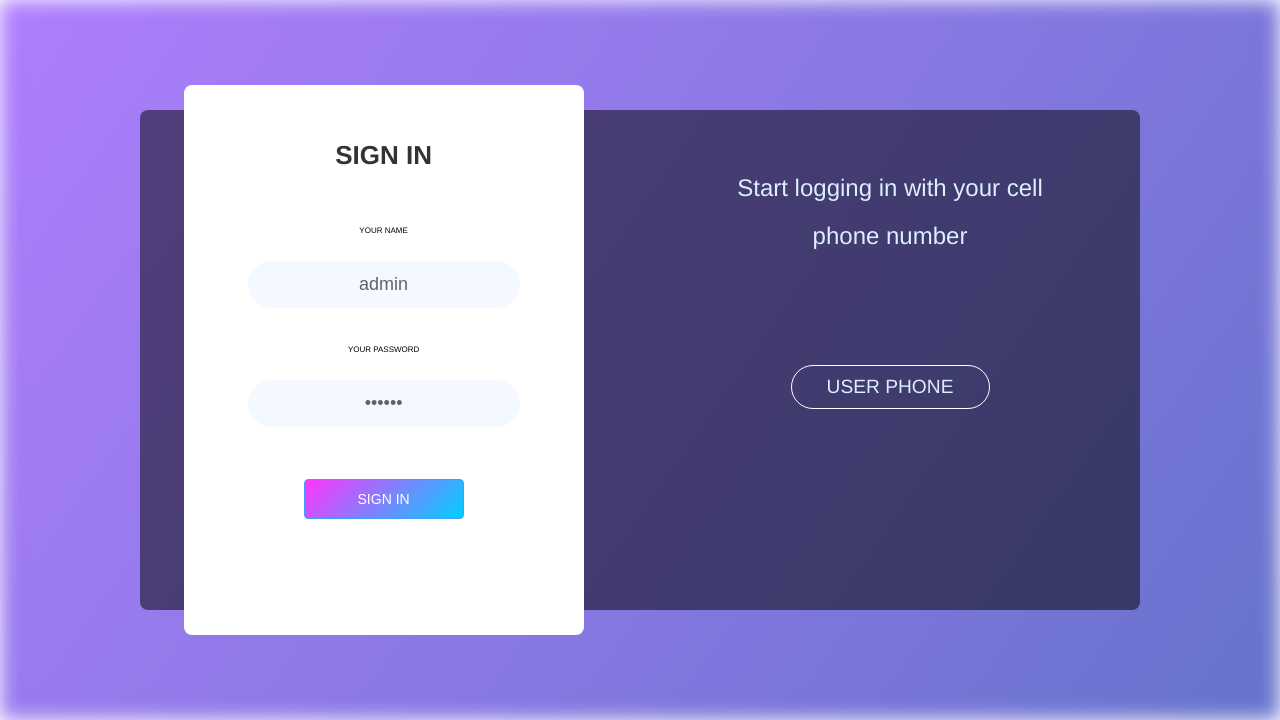
Repository: chunkpig/vue-admin
Page: /
These files come from the project's save history. The page is drawn as it stood at one moment and after the next save; the edit follows.
The browser window is 1280 px wide. The pictures show the whole page.
The project was rebuilt for these pictures with package versions that can differ from the ones it lists, and the page was loaded fresh each time. Also part of the build but not shown: vue.config.js.

Above is the page before, as saved 2020-12-07 10:37:22.

### public/index.html
<!DOCTYPE html>
<html lang="en">
  <head>
    <meta charset="utf-8">
    <meta http-equiv="X-UA-Compatible" content="IE=edge">
    <meta name="renderer" content="webkit">
    <meta name="viewport" content="width=device-width, initial-scale=1, maximum-scale=1, user-scalable=no">
    <link rel="icon" href="<%= BASE_URL %>favicon.ico">
    <title><%= webpackConfig.name %></title>
  </head>
  <body>
    <div id="app"></div>
  </body>
</html>

### src/main.js
import Vue from "vue";
import App from "./App.vue";
import router from "./router";
import store from "./store";

import Element from 'element-ui'
import 'element-ui/lib/theme-chalk/index.css';
import '@/styles/index.scss'
import './icons'
Vue.config.productionTip = false;
Vue.use(Element)
// Vue.use(Element, {
//   size: Cookies.get('size') || 'medium', // set element-ui default size
//   locale: enLang // 如果使用中文，无需设置，请删除
// })
new Vue({
  router,
  store,
  render: h => h(App)
}).$mount("#app");

### src/router/index.js
import Vue from "vue";
import VueRouter from "vue-router";
import Login from '../views/login/index.vue'
Vue.use(VueRouter);

const routes = [
  {
    path: "/",
    name: "Login",
    component: Login
  },
];

const router = new VueRouter({
  routes
});

export default router;

### src/styles/index.scss
body {
    height: 100%;
    margin: 0;
    -moz-osx-font-smoothing: grayscale;
    -webkit-font-smoothing: antialiased;
    text-rendering: optimizeLegibility;
    font-family: Helvetica Neue, Helvetica, PingFang SC, Hiragino Sans GB, Microsoft YaHei, Arial, sans-serif;
}

html {
    height: 100%;
    box-sizing: border-box;
}

#app {
    height: 100%;
}

### src/icons/index.js
import Vue from 'vue'
import SvgIcon from '@/components/SvgIcon'// svg component

// register globally
Vue.component('svg-icon', SvgIcon)

const req = require.context('./svg', false, /\.svg$/)
const requireAll = requireContext => requireContext.keys().map(requireContext)
requireAll(req)

### src/views/login/index.vue
<!--  -->
<template>
<div id='Login'>
    <div class="login-bg"></div>
    <div class="login-conbg" :class="animconbgShow?'leftanimconbg':'rightanimconbg'">
        <sing-up v-show="!animconbgShow" class='sign-conbg' :class="animconbgShow?'animsign':''" />
        <user-phont v-show="animconbgShow" class='sign-conbg' :class="animconbgShow?'':'animsign'" />
    </div>
    <div class="login-container">
        <!-- <transition name="animcontainer"> -->
        <div class="container" :class="animconbgShow?'':'animcontainer'">
                <p class="p-container">Log in with your account password</p>
                <div class="button-container" @click="animconbgShow =!animconbgShow">
                    SIGN IN
                </div>

        </div>
         <!-- </transition> -->
         <!-- <transition name="animcontainer"> -->
        <div class="container" :class="animconbgShow?'animcontainer':''" >
                <p class="p-container">Start logging in with your cell phone number</p>
                <div class="button-container" @click="animconbgShow =!animconbgShow">
                    USER PHONE
                </div>

        </div>
        <!-- </transition> -->
    </div>

</div>
</template>

<script>
//这里可以导入其他文件（比如：组件，工具js，第三方插件js，json文件，图片文件等等）
//例如：import 《组件名称》 from '《组件路径》';
import SingUp from './components/singup'
import UserPhont from './components/UserPhont'
export default {
//name放入模板名,方便在其他地方引用
name: '',
//import引入的组件需要注入到对象中才能使用
components: {SingUp,UserPhont},
data() {
//这里存放数据
return {
    animconbgShow:false
};
},
//监听属性 类似于data概念
computed: {

},
//生命周期 - 创建完成（可以访问当前this实例）
created() {

},
//生命周期 - 挂载完成（可以访问DOM元素）
mounted() {

},
//方法集合
methods: {

},
//监控data中的数据变化
watch: {

},
//如果页面有keep-alive缓存功能，这个函数会触发
activated() {

},
}
</script>
<style lang="scss" scoped>
$bg:rgba(0,0,0,0.5);
$conbg:rgba(255,255,255,1);
$clortext:#def;
$cursor: #333;
#Login{
    position: relative;
    width: 100%;
    height: 100%;
    overflow: hidden;
    .login-bg{
        width: 100%;
        height: 100%;
        background: linear-gradient(125deg, #AE7DFD, #6673cc);
        filter: blur(10px);
        z-index: -1;
    }
    .login-conbg{
        position: absolute;
        top: 50%;
        left: 37%;
        width: 400px;
        height: 550px;
        // max-width: 25%;
        // max-height: 70%;
        display: flex;
        align-items: center;
        justify-content: center;
        transform: translate(-50%,-50%);
        background: $conbg;
        backdrop-filter: blur(10px);
        border-radius: 8px;
        z-index: 1;
        transition:transform 1s ease-out;
        overflow: hidden;
        .sign-conbg{
            transition: opacity 1s ease-in-out;
        }
        .animsign{
            opacity: 0;
        }

    }
    .login-container{
        position: absolute;
        top: 50%;
        left: 50%;
        transform: translate(-50%,-50%);
        width: 1000px;
        height: 500px;
        // max-width: 55%;
        // max-height: 55%;
        display: flex;
        justify-content: space-around;
        // align-items: center;
        background: $bg;
        border-radius: 8px;
        z-index: 0;
        .container{
            width:350px;
            max-width: 45%;
            padding: 30px;
            color: $clortext;
            overflow: hidden;
            // opacity: 1;
            transition: opacity 1s ease-out;
            .p-container{
                font-size: 1.5rem;
                text-align: center;
                line-height: 3rem;
                // padding: 0 10px;
            }
            .button-container{
                width: 42%;
                margin: 30% auto 0;
                padding: 10px 25px;
                text-align: center;
                border-radius: 30px;
                font-size: 1.2rem;
                border: 1px solid #fff;
                // border-image: linear-gradient(#00CFFF, #FF34FA) 20 20;
                cursor: pointer;
            }
        }
        .animcontainer{
            opacity: 0;
        }
    }
    .leftanimconbg{
         transform: translate(250px,-50%);
    }
    .rightanimconbg{
         transform: translate(-290px,-50%);
    }
   .animcontainer-enter-active, .animcontainer-leave-active {
        // opacity: 1;
        // transition: opacity 1s;
         transition:opacity 3s ease-out;
    }
    .animcontainer-enter, .animcontainer-leave-to /* .fade-leave-active below version 2.1.8 */ {

        // transition: all 1s;
         opacity: 0;
    }
}
</style>

### src/components/SvgIcon/index.vue
<template>
  <svg :class="svgClass" aria-hidden="true" v-on="$listeners">
    <use :xlink:href="iconName" />
  </svg>
</template>

<script>
export default {
  name: 'SvgIcon',
  props: {
    iconClass: {
      type: String,
      required: true
    },
    className: {
      type: String,
      default: ''
    }
  },
  computed: {
    iconName() {
      return `#icon-${this.iconClass}`
    },
    svgClass() {
      if (this.className) {
        return 'svg-icon ' + this.className
      } else {
        return 'svg-icon'
      }
    }
  }
}
</script>

<style scoped>
.svg-icon {
  width: 1em;
  height: 1em;
  vertical-align: -0.15em;
  fill: currentColor;
  overflow: hidden;
}

.svg-external-icon {
  background-color: currentColor;
  mask-size: cover!important;
  display: inline-block;
}
</style>

### src/views/login/components/singup.vue
<template>
        <el-form ref="loginForm" :model="loginForm" :rules="loginRules" class="login-account" autocomplete="on" label-position="left">
            <div class="title-account">
                <h3 class="title">SIGN IN</h3>
            </div>
            <el-form-item prop="username" class="form-elitem">
                <span class="form-span">YOUR NAME</span>
                <el-input
                    ref="username"
                    v-model="loginForm.username"
                    placeholder="Username"
                    name="username"
                    type="text"
                    tabindex="1"
                    size='mini'
                    autocomplete="on"
                />
            </el-form-item>
            <el-form-item prop="password" class="form-elitem">
                 <span class="form-span">YOUR PASSWORD</span>
                <el-input
                    :key="passwordType"
                    ref="password"
                    v-model="loginForm.password"
                    :type="passwordType"
                    placeholder="Password"
                    name="password"
                    tabindex="2"
                    autocomplete="on"
                    @keyup.enter.native="handleLogin"
                />
                <span class="show-pwd" @click="showPwd">
                    <svg-icon :icon-class="passwordType === 'password' ? 'eye' : 'eye-open'" />
                </span>
            </el-form-item>
            <el-button :loading="loading" type="primary" class="form-buttom"  @click.native.prevent="handleLogin">SIGN IN</el-button>
        </el-form>
</template>
<script>
export default {
    data(){
        return {
            loginForm:{
                username: "admin",
                password: '111111'
            },
            loginRules: {
                // username: [ { required: true, trigger: 'blur', validator: validateUsername }],
                // password: [{ required: true, trigger: 'blur', validator: validatePassword }]
            },
            passwordType: 'password',
            loading: false,
        }
    },
    methods:{
        showPwd(){
            if (this.passwordType === 'password') {
                this.passwordType = ''
            } else {
                this.passwordType = 'password'
            }
            this.$nextTick(() => {
                this.$refs.password.focus()
            })
        },
        handleLogin(){

        }
    }

}
</script>
<style lang="scss" scoped>
$light_gray:#333;
$dark_gray:#889aa4;
.login-account{
        width: 80%;
        max-width: 100%;
        height: 80%;
        display: flex;
        flex-direction: column;
        align-items: center;
        box-sizing: border-box;
        overflow: hidden;
        .title-account {
            position: relative;
            .title {
                font-size: 26px;
                color: $light_gray;
                margin: 0px auto 40px auto;
                text-align: center;
                font-weight: bold;
            }
        }
        .show-pwd {
            position: absolute;
            right: 10px;
            top: 55px;
            font-size: 16px;
            color: $dark_gray;
            cursor: pointer;
            user-select: none;
        }
        .form-span{
            display: inherit;
            font-size: 0.5rem;
            text-align: center;
            margin: 0 auto 10px;
        }
        .form-buttom{
            width:50%;
            margin:30px auto;
            background: linear-gradient(-45deg,#00CFFF,#FF34FA);
            &:hover{
                background: linear-gradient(45deg,#00CFFF,#FF34FA);
            }
        }

}
</style>
<style lang="scss">
.login-account{
    .form-elitem{
        width: 85%;
        .el-input__inner{
            background: #F4F9FF;
            width: 100%;
            height: 47px;
            font-size: 18px;
            border-radius: 30px;
            padding: 12px 0px;
            text-align: center;
                // background: transparent;
                border: unset;
        }
        .el-input.is-active .el-input__inner, .el-input__inner:focus{
            background: #fff;
            box-shadow: 0 0 4px #345;
        }

    }
}
</style>

### src/views/login/components/UserPhont.vue
<template>
        <el-form ref="loginForm" :model="loginForm" :rules="loginRules" class="login-userphont" autocomplete="on" label-position="left">
            <div class="title-account">
                <h3 class="title">USER PHONE</h3>
            </div>
            <el-form-item prop="username" class="form-elitem">
                <span class="form-span">YOUR PHONE</span>
                <el-input
                    ref="username"
                    v-model="loginForm.userphone"
                    placeholder="UserPhone"
                    name="phone"
                    type="text"
                    tabindex="1"
                    size='mini'
                    autocomplete="on"
                />
            </el-form-item>
            <el-form-item prop="password" class="form-elitem getcode">
                 <span class="form-span">GET CODE</span>
                 <el-input
                    ref="username"
                    v-model="loginForm.usercode"
                    placeholder="usercode"
                    name="phone"
                    type="text"
                    tabindex="1"
                    size='mini'
                    @change="infocode"
                    autocomplete="on"
                />
                <span class="show-code" :style="codeloding?'background: #F4F9FF':''" @click="showPwd">
                    获取验证码
                </span>
            </el-form-item>
            <el-button :loading="loading" type="primary" class="form-buttom"   @click.native.prevent="handleLogin">LOG IN</el-button>
        </el-form>
</template>
<script>
export default {
    data(){
        return {
            loginForm:{
                userphone: "",
                usercode: ''
            },
            loginRules: {
                // username: [ { required: true, trigger: 'blur', validator: validateUsername }],
                // password: [{ required: true, trigger: 'blur', validator: validatePassword }]
            },
            passwordType: 'password',
            loading: false,
            codeloding:false
        }
    },
    methods:{
        showPwd(){
            // this.$nextTick(() => {
                // console.log(this.codeloding)
                // this.codeloding = !this.codeloding
            // })
        },
        infocode(){
            this.codeloding = !this.codeloding
        },
        handleLogin(){

        }
    }

}
</script>
<style lang="scss" scoped>
$light_gray:#333;
$dark_gray:#889aa4;
.login-userphont{
        width: 80%;
        max-width: 100%;
        height: 80%;
        display: flex;
        flex-direction: column;
        align-items: center;
        box-sizing: border-box;
        overflow: hidden;
        .title-account {
            position: relative;
            .title {
                font-size: 26px;
                color: $light_gray;
                margin: 0px auto 40px auto;
                text-align: center;
                font-weight: bold;
            }
        }
        .show-code{
            position: absolute;
            right: 0px;
            top: 50px;
            height: 27px;
            font-size: 16px;
            color: $dark_gray;
            cursor: pointer;
            user-select: none;
            background: #fff;
            box-shadow: 0 0 4px #345;
            line-height: 27px;
            padding: 10px;
        }
        .form-span{
            display: inherit;
            font-size: 0.5rem;
            text-align: center;
            margin: 0 auto 10px;
        }
        .form-buttom{
            width:50%;
            margin:30px auto;
            background: linear-gradient(-45deg,#00CFFF,#FF34FA);
            &:hover{
                background: linear-gradient(45deg,#00CFFF,#FF34FA);
            }
        }

}
</style>
<style lang="scss">
.login-userphont{
    .form-elitem{
        width: 85%;
        .el-input__inner{
            background: #F4F9FF;
            width: 100%;
            height: 47px;
            font-size: 18px;
            // border-radius: 30px;
            padding: 12px 0px;
            text-align: center;
                // background: transparent;
                border: unset;
        }
        .el-input.is-active .el-input__inner, .el-input__inner:focus{
            background: #fff;
            box-shadow: 0 0 4px #345;
        }

    }
    .getcode{
        .el-input__inner{
            padding-right: 37% !important;
        }
    }
}

</style>

Loaded but not shown: src/App.vue (common file); src/store/index.js (common file)

After the next save:
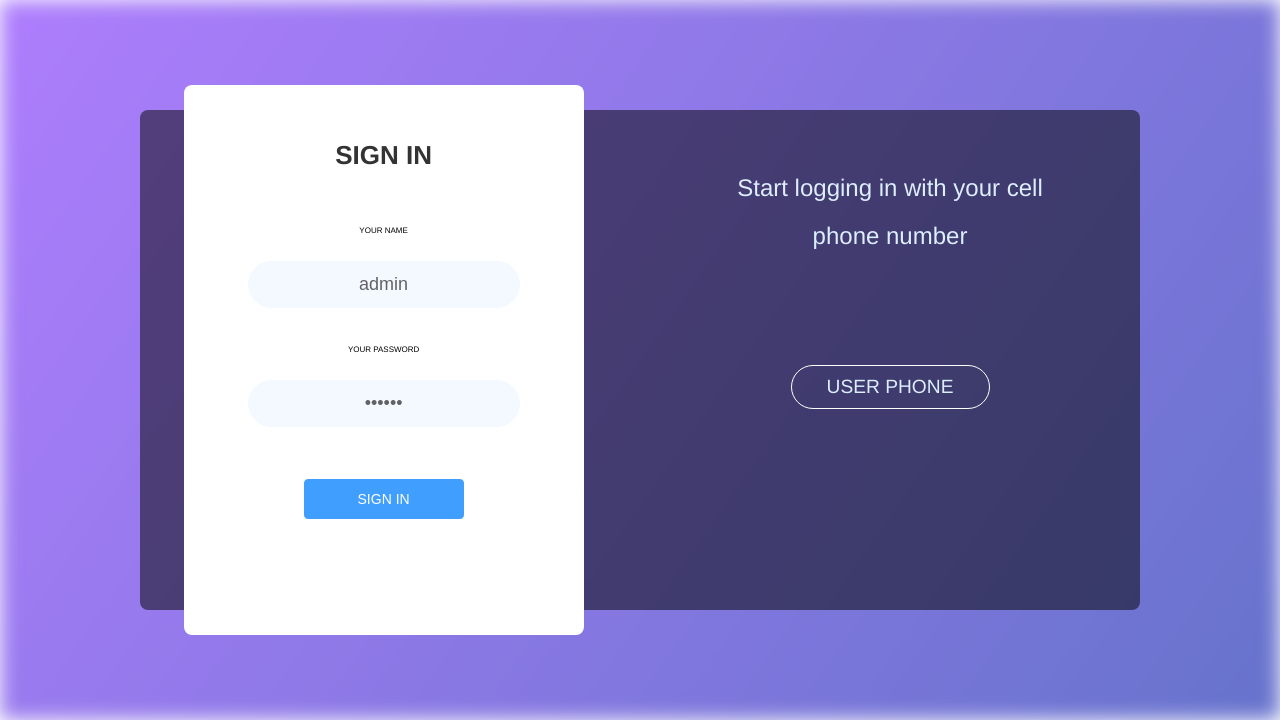
Saved 42 s later.
--- a/src/views/login/components/singup.vue
+++ b/src/views/login/components/singup.vue
@@ -110,7 +110,7 @@
         .form-buttom{
             width:50%;
             margin:30px auto;
-            background: linear-gradient(-45deg,#00CFFF,#FF34FA);
+            background: linear-gradient(-45deg #AE7DFD, #6673cc);
             &:hover{
                 background: linear-gradient(45deg,#00CFFF,#FF34FA);
             }

After the 2 saves that followed:
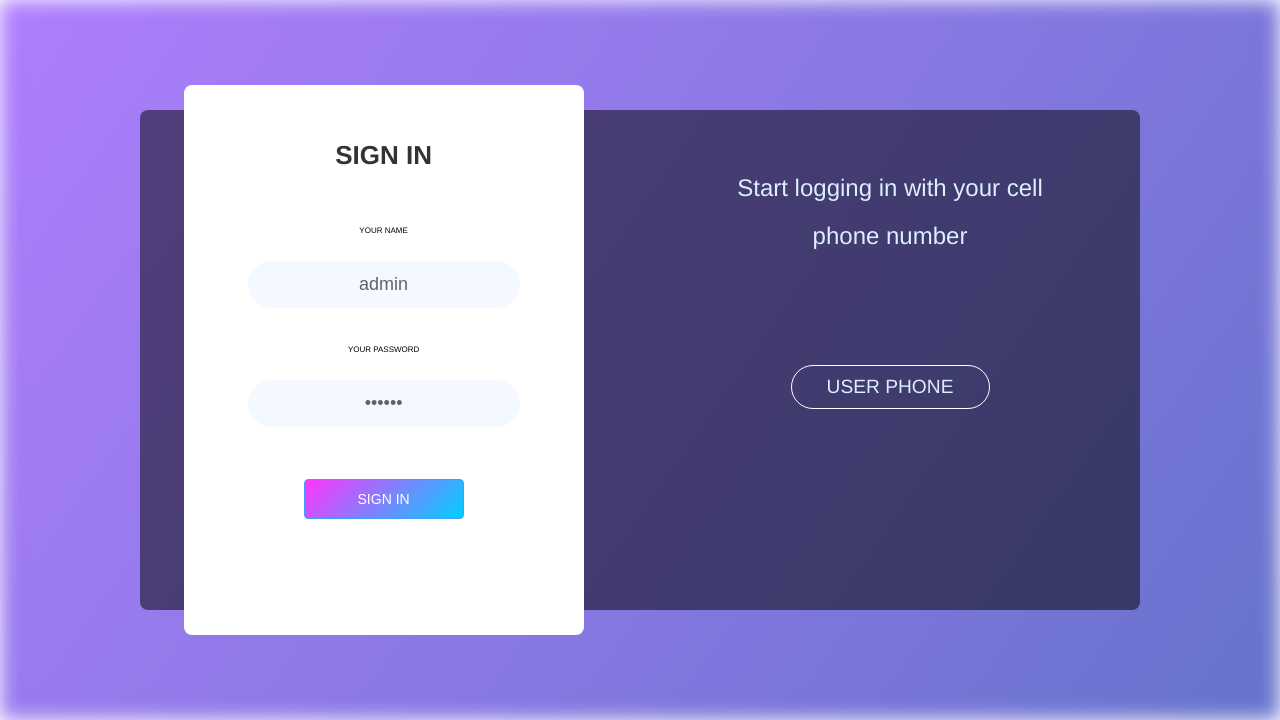
The 2 saves are shown as one change because 1 left the picture as it was.
The last was saved 26 s later.
--- a/src/views/login/components/singup.vue
+++ b/src/views/login/components/singup.vue
@@ -110,7 +110,7 @@
         .form-buttom{
             width:50%;
             margin:30px auto;
-            background: linear-gradient(-45deg #AE7DFD, #6673cc);
+            background: linear-gradient(-45deg,#00CFFF,#FF34FA);
             &:hover{
                 background: linear-gradient(45deg,#00CFFF,#FF34FA);
             }
